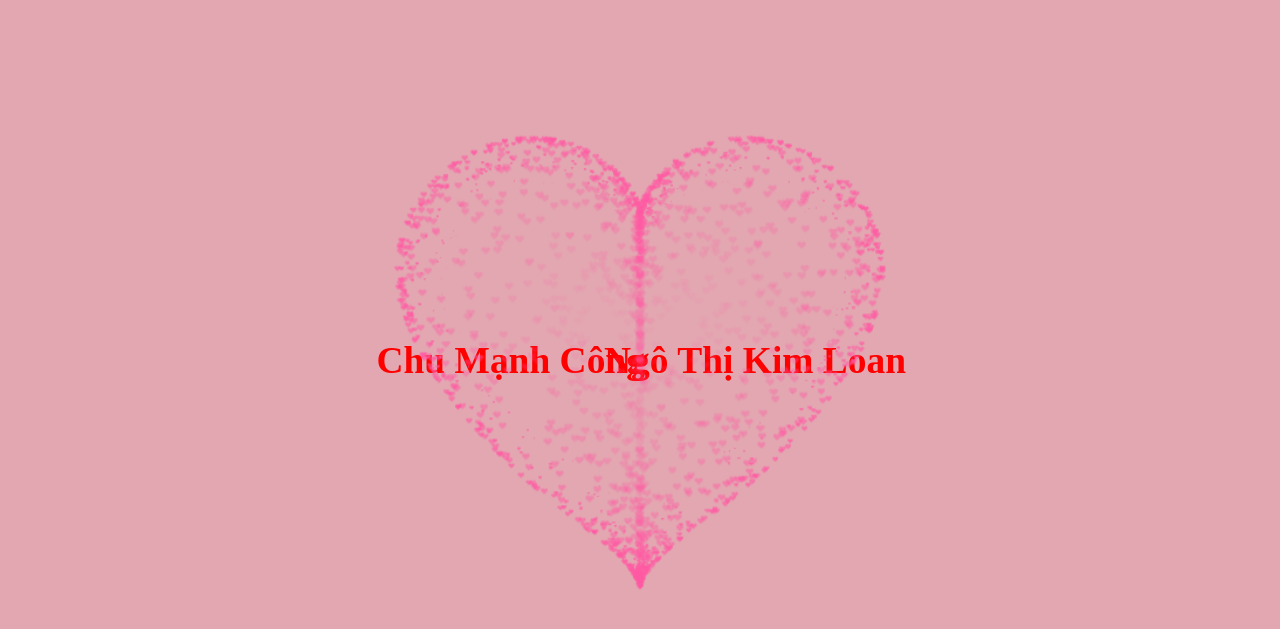
Repository: congbnvn0709/happy-valentine
Page: index.html
These files come from the project's save history. The page is drawn as it stood at one moment and after the next save; the edit follows.
The browser window is 1280 px wide. The pictures show the whole page.

Above is the page before, as saved 2023-01-30 23:24:43.

After the next save:
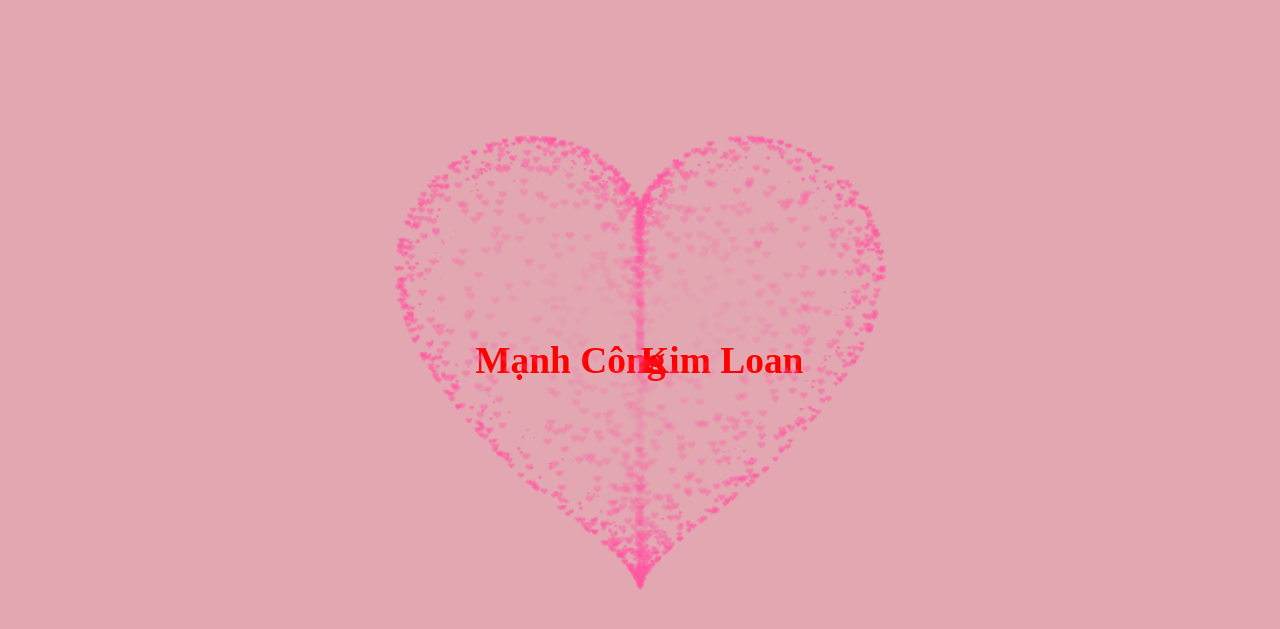
Saved 13 s later.
--- a/index.html
+++ b/index.html
@@ -10,8 +10,8 @@
   </head>
 
   <body>
-    <h1>Chu Mạnh Công</h1>
-    <h1>Ngô Thị Kim Loan</h1>
+    <h1>Mạnh Công</h1>
+    <h1>Kim Loan</h1>
 
     <div class="box">
       <canvas id="pinkboard"></canvas>
